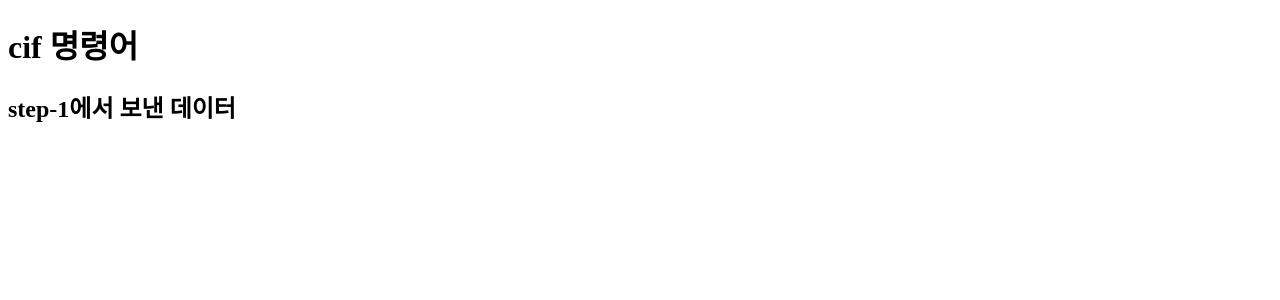
Repository: hwimi/2024-04-12
Page: http://localhost/jstl_study/step-2.jsp
An editor plug-in stored every save of this project. The page is shown before and after the next save, followed by the edit.
The browser window is 1280 px wide. The pictures show the whole page.
The page is served by Tomcat 9.

Above is the page before, as saved 2024-04-11 02:46:32.

After the next save:
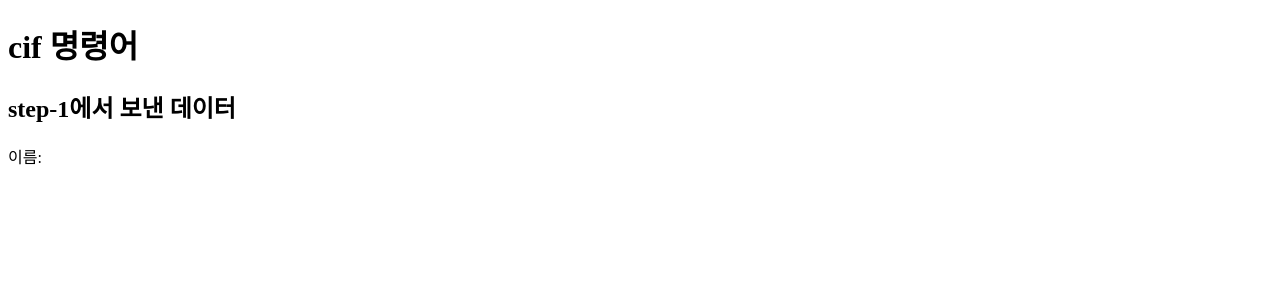
Saved 10 s later.
--- a/jstl_study/src/main/webapp/step-2.jsp
+++ b/jstl_study/src/main/webapp/step-2.jsp
@@ -10,5 +10,6 @@
 	<h1>cif 명령어</h1>
 	<!-- query String 에서 보낸 데이터 받기 -->
 	<h2>step-1에서 보낸 데이터</h2>
+	이름:<br>
 </body>
 </html>
